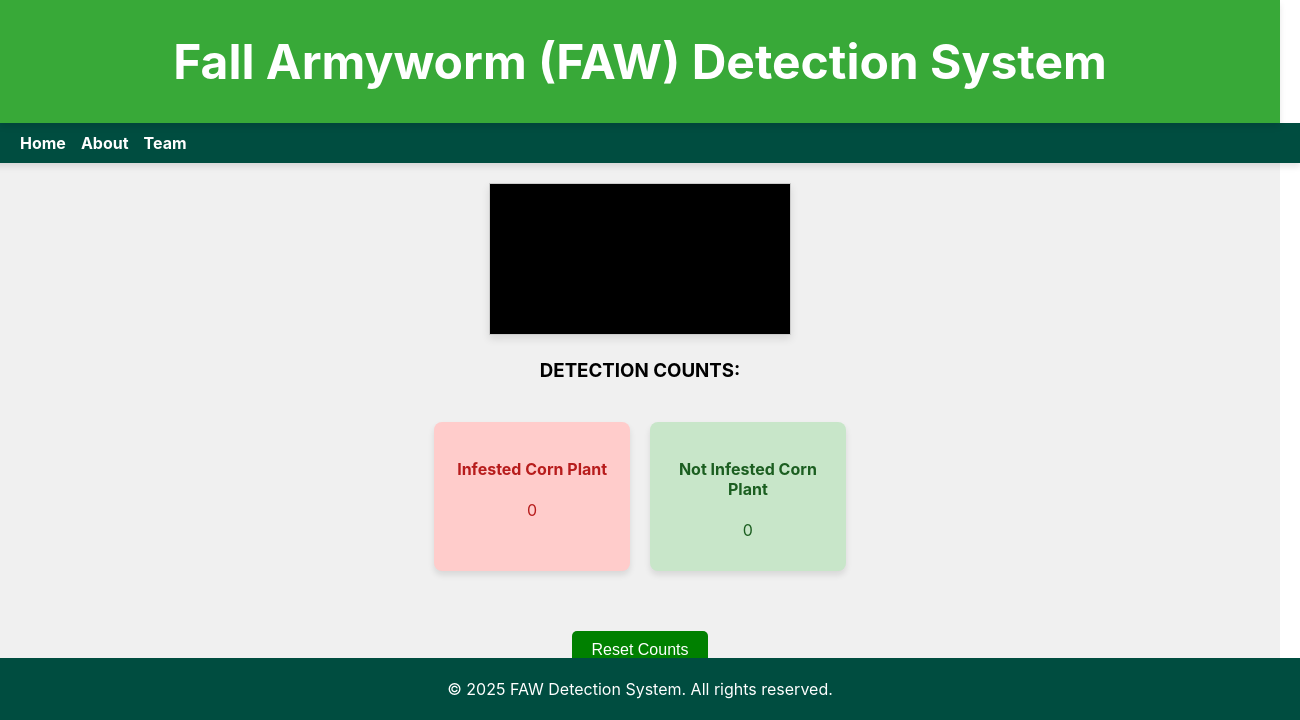
Repository: jansen223/faw-detection-main
Page: /
An editor plug-in stored every save of this project. The page is shown before and after the next save, followed by the edit.
The browser window is 1280 px wide. The page is 1300 px wide, so the pictures cover 1300 px, including what lies to the right of the window. The pictures show the whole page.
The page's requests for data from a server got no answer. The project was rebuilt for these pictures with package versions that can differ from the ones it lists, and the page was loaded fresh each time. No one was signed in, and anything a server would have sent is missing.

Above is the page before, as saved 2025-04-10 01:12:50.

### public/index.html
<!DOCTYPE html>
<html lang="en">
<head>
  <meta charset="utf-8" />
  <link rel="icon" href="%PUBLIC_URL%/maize_icon.jpg" />
  <meta name="viewport" content="width=device-width, initial-scale=1" />
  <meta name="theme-color" content="#000000" />
  <meta name="description" content="FAW Detection Web Interface" />
  <title>FAW Detection</title>
</head>
<body>
  <noscript>You need to enable JavaScript to run this app.</noscript>
  <div id="root"></div>
</body>
</html>

### src/App.js
import React, { useEffect, useRef } from 'react';
import { BrowserRouter as Router, Routes, Route, Link } from 'react-router-dom';
import io from 'socket.io-client';
import './App.css';

function Home({ canvasRef, counts, resetCounts }) {
  return (
    <div>
      <canvas ref={canvasRef} style={{ maxWidth: '100%', border: '1px solid #ccc' }} />
      <div style={{ marginTop: 20 }}>
        <h3>DETECTION COUNTS:</h3>
        <div className="detection-cards">
          <div className="card infested">
            <h4>Infested Corn Plant</h4>
            <p>{counts.infested}</p>
          </div>
          <div className="card not-infested">
            <h4>Not Infested Corn Plant</h4>
            <p>{counts.notInfested}</p>
          </div>
        </div>
        <button onClick={resetCounts} className="reset-button">
          Reset Counts
        </button>
      </div>
    </div>
  );
}

function About() {
  return (
    <div style={{ padding: '20px' }}>
      <h2>About</h2>
      <p>This web app is designed to detect Fall Armyworm infestations in corn plants using a live camera feed and machine learning.</p>
    </div>
  );
}

function Team() {
  const teamMembers = [
    {
      name: "Jansen Relator",
      role: "Machine Learning Engineer",
      description: "Specializes in developing and optimizing machine learning models.",
      image: "images/jansen.png"
    },
    {
      name: "Claire Belle Candia",
      role: "Frontend Developer",
      description: "Focuses on creating user-friendly interfaces and experiences.",
      image: "https://via.placeholder.com/150"
    },
    {
      name: "Anthony Matthew Nemenzo",
      role: "Backend Developer",
      description: "Expert in building scalable and efficient server-side applications.",
      image: "https://via.placeholder.com/150"
    },
    {
      name: "Joren Varquez",
      role: "Project Manager",
      description: "Ensures timely delivery and smooth collaboration across the team.",
      image: "https://via.placeholder.com/150"
    }
  ];

  return (
    <div className="team-container">
      <h2>Meet The Team</h2>
      <div className="team-members">
        {teamMembers.map((member, index) => (
          <div key={index} className="team-member">
            <img src={member.image} alt={`${member.name}`} className="team-member-image" />
            <h3>{member.name}</h3>
            <p className="team-member-role">{member.role}</p>
            <p className="team-member-description">{member.description}</p>
          </div>
        ))}
      </div>
    </div>
  );
}

function App() {
  const canvasRef = useRef(null);
  const socketRef = useRef(null);
  const [counts, setCounts] = React.useState({ infested: 0, notInfested: 0 });

  useEffect(() => {
    // Connect to Flask server
    socketRef.current = io('http://192.168.254.115:5000');

    // Handle video frames
    socketRef.current.on('video_frame', (data) => {
      const img = new Image();
      img.src = `data:[embedded picture, 38 characters]

      img.onload = () => {
        const canvas = canvasRef.current;
        if (!canvas) return;
        const ctx = canvas.getContext('2d');
        canvas.width = img.width;
        canvas.height = img.height;
        ctx.drawImage(img, 0, 0);
      };
    });

    // Handle detection counts
    socketRef.current.on('detection_counts', (data) => {
      setCounts({
        infested: data.infested_count,
        notInfested: data.not_infested_count
      });
    });

    return () => {
      if (socketRef.current) socketRef.current.disconnect();
    };
  }, []);

  const resetCounts = async () => {
    try {
      const response = await fetch('http://192.168.0.17:5000/reset_counts', {
        method: 'POST',
      });
      const data = await response.json();
      if (data.message) {
        setCounts({ infested: 0, notInfested: 0 });
        alert(data.message);
      }
    } catch (error) {
      console.error('Error resetting counts:', error);
    }
  };

  return (
    <Router>
      <div className="App">
        <header className="App-header">
          <h1>Fall Armyworm (FAW) Detection System</h1>
        </header>
        <nav className="App-navbar">
          <ul>
            <li><Link to="/">Home</Link></li>
            <li><Link to="/about">About</Link></li>
            <li><Link to="/team">Team</Link></li>
          </ul>
        </nav>
        <Routes>
          <Route path="/" element={<Home canvasRef={canvasRef} counts={counts} resetCounts={resetCounts} />} />
          <Route path="/about" element={<About />} />
          <Route path="/team" element={<Team />} />
        </Routes>
        <footer className="App-footer">
          <p>&copy; 2025 FAW Detection System. All rights reserved.</p>
        </footer>
      </div>
    </Router>
  );
}

export default App;

### src/App.css
body {
  margin: 0;
  padding: 0;
}

.App {
  text-align: center;
  background-color: #f0f0f0;
  min-height: 100vh;
  display: flex;
  flex-direction: column;
  align-items: center;
}

canvas {
  box-shadow: 0 4px 8px rgba(0,0,0,0.1);
  background: black; /* Shows while loading */
  margin-top: 20px;
  max-width: 100%;
  border: 1px solid #ccc;
}

.stats {
  margin-top: 20px;
  padding: 15px;
  background: white;
  border-radius: 8px;
  box-shadow: 0 2px 4px rgba(0,0,0,0.1);
}

.App-logo {
  height: 40vmin;
  pointer-events: none;
}

@media (prefers-reduced-motion: no-preference) {
  .App-logo {
    animation: App-logo-spin infinite 20s linear;
  }
}

.App-header {
  background-color: rgba(9, 151, 9, 0.795);
  color: white;
  text-align: center;
  font-size: 1.5rem;
  font-weight: bold;
  box-shadow: 0 4px 6px rgba(0, 0, 0, 0.1);
  position: sticky;
  top: 0;
  z-index: 1000;
  width: 100%;
  margin: 0; /* Ensure no margin around the header */
  box-sizing: border-box; /* Include padding in width calculation */
}

.App-link {
  color: #61dafb;
}

@keyframes App-logo-spin {
  from {
    transform: rotate(0deg);
  }
  to {
    transform: rotate(360deg);
  }
}

.reset-button {
  margin-top: 60px;
  padding: 10px 20px;
  background-color: green;
  color: white;
  border: none;
  border-radius: 5px;
  cursor: pointer;
  font-size: 1rem;
  transition: background-color 0.3s ease;
}

.reset-button:hover {
  background-color: darkgreen;
}

.App-navbar {
  background-color: #004d40;
  color: white;
  padding: 10px 20px;
  position: sticky;
  display: flex;
  justify-content: space-between;
  align-items: center;
  box-shadow: 0 4px 6px rgba(0, 0, 0, 0.1);
  width: 100%;
}

.App-navbar ul {
  list-style: none;
  display: flex;
  gap: 15px;
  margin: 0;
  padding: 0;
  padding-left: 20px;
}

.App-navbar a {
  color: white;
  text-decoration: none;
  font-weight: bold;
}

.App-navbar a:hover {
  text-decoration: underline;
}

.detection-cards {
  display: flex;
  gap: 20px;
  margin-top: 40px;
}

.card {
  padding: 15px;
  border-radius: 8px;
  box-shadow: 0 4px 6px rgba(0, 0, 0, 0.1);
  text-align: center;
  flex: 1;
  transition: transform 0.3s ease;
}

.card:hover {
  transform: scale(1.05);
}

.card.infested {
  background-color: #ffcccb;
  color: #b71c1c;
}

.card.not-infested {
  background-color: #c8e6c9;
  color: #1b5e20;
}

.App-footer {
  background-color: #004d40;
  color: white;
  padding: 5px 20px;
  text-align: center;
  position: fixed;
  bottom: 0;
  width: 100%;
}

.team-container {
  padding: 20px;
  text-align: center;
}

.team-members {
  display: flex;
  flex-wrap: wrap;
  gap: 20px;
  justify-content: center;
  margin-top: 20px;
}

.team-member {
  background-color: #ffffff;
  border-radius: 8px;
  box-shadow: 0 4px 6px rgba(0, 0, 0, 0.1);
  padding: 15px;
  text-align: center;
  width: 200px;
}

.team-member-image {
  border-radius: 50%;
  width: 100px;
  height: 100px;
  object-fit: cover;
  margin-bottom: 10px;
}

.team-member-role {
  font-weight: bold;
  color: #004d40;
  margin: 5px 0;
}

.team-member-description {
  font-size: 0.9rem;
  color: #555;
}

.layout-container {
  display: flex;
  justify-content: space-between;
  align-items: flex-start;
  width: 100%;
  padding: 20px;
  box-sizing: border-box;
}

.detection-section {
  flex: 1;
  margin-right: 20px;
}

.camera-section {
  flex: 2;
  display: flex;
  justify-content: center;
}

Loaded but not shown: src/index.js (common file); src/index.css (common file); src/reportWebVitals.js (common file)

After the next save:
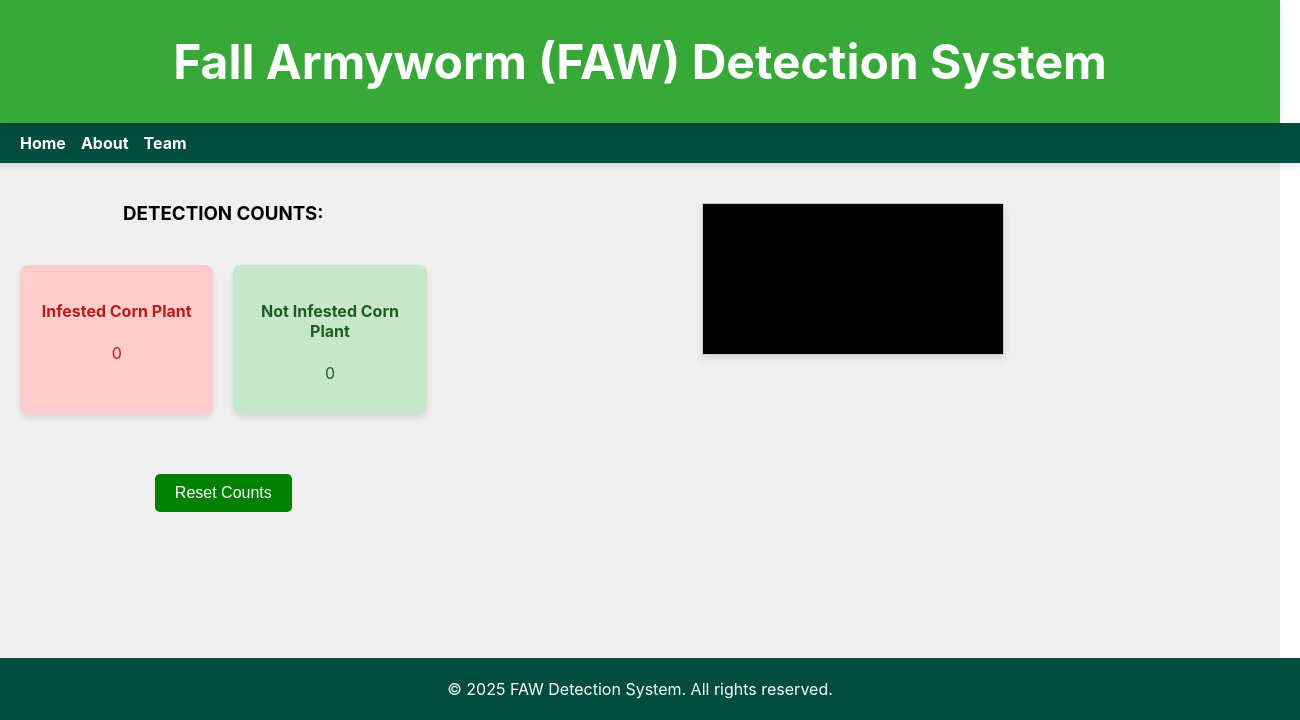
Saved 32 s later.
--- a/src/App.js
+++ b/src/App.js
@@ -5,9 +5,9 @@ import './App.css';
 
 function Home({ canvasRef, counts, resetCounts }) {
   return (
-    <div>
-      <canvas ref={canvasRef} style={{ maxWidth: '100%', border: '1px solid #ccc' }} />
-      <div style={{ marginTop: 20 }}>
+    <div className="layout-container">
+      {/* Detection Section */}
+      <div className="detection-section">
         <h3>DETECTION COUNTS:</h3>
         <div className="detection-cards">
           <div className="card infested">
@@ -22,6 +22,11 @@ function Home({ canvasRef, counts, resetCounts }) {
         <button onClick={resetCounts} className="reset-button">
           Reset Counts
         </button>
+      </div>
+
+      {/* Camera Section */}
+      <div className="camera-section">
+        <canvas ref={canvasRef} />
       </div>
     </div>
   );
